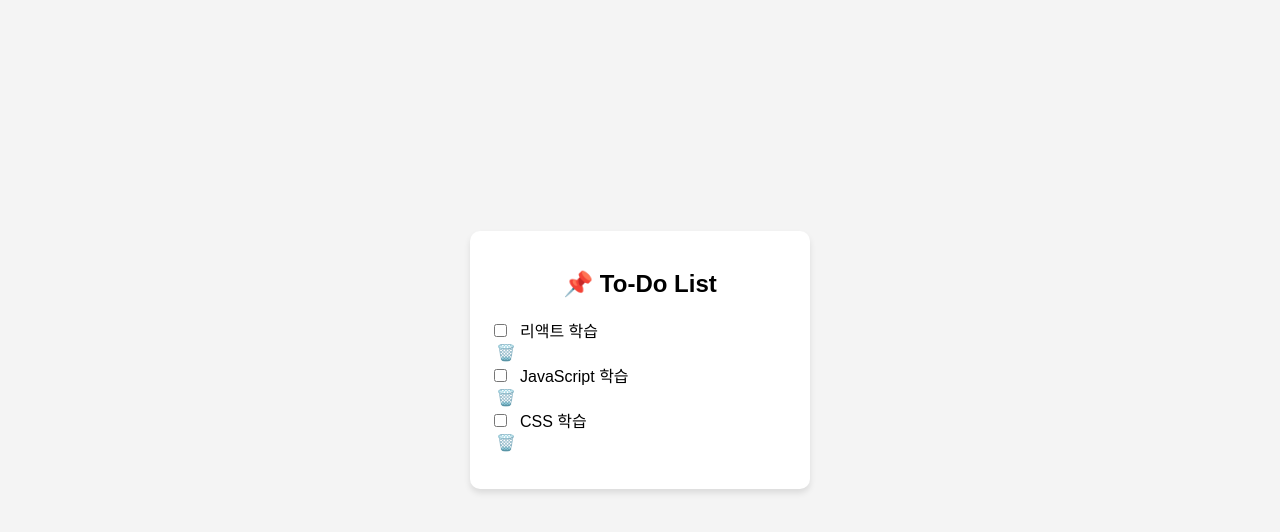
Repository: jongheonleee/todo-list
Page: /
An editor plug-in stored every save of this project. The page is shown before and after the next save, followed by the edit.
The browser window is 1280 px wide. The pictures show the whole page.
The project was rebuilt for these pictures with package versions that can differ from the ones it lists, and the page was loaded fresh each time. Also part of the build but not shown: src/components/InputForm.css, src/components/ToDoItem.css, src/components/ToDoItem.js, src/components/ToDoList.js.

Above is the page before, as saved 2025-02-18 15:13:57.

### src/App.js

import React from "react";
import "./App.css";
import InputForm from "./components/InputForm";
import ToDoList from "./components/ToDoList";


const App = () => {
  // 기본적으로 보여줄 리스트
  const items = [
    {
      id : 1,
      text : "리액트 학습",
      done : false
    },

    {
      id : 2,
      text : "JavaScript 학습",
      done : false
    },

    {
      id : 3,
      text : "CSS 학습",
      done : false
    }
  ];


  return (
    <div className="container">
      <div className="sub-container">
        <h2>📌 To-Do List</h2>

        {/* 입력 부분  */}
        {/* <div className="input-area">
          <input type="text" placeholder="할 일을 입력하세요" />
          <button className="add-btn">+</button>
        </div> */}

        <InputForm />

        {/* todo-list 부분 */}
        <ul className="todo-list">
          <li>
            <div className="todo-item">
              <input type="checkbox" />
              <span>리액트 학습</span>
            </div>
            <button className="delete-btn">🗑️</button>
          </li>
          <li>
            <div className="todo-item">
              <input type="checkbox" />
              <span>JavaScript 학습</span>
            </div>
            <button className="delete-btn">🗑️</button>
          </li>
          <li>
            <div className="todo-item">
              <input type="checkbox" />
              <span>CSS 학습</span>
            </div>
            <button className="delete-btn">🗑️</button>
          </li>
        </ul>
{/*
        <ToDoList /> */}

      </div>
    </div>
  );
}

export default App;

### src/App.css
/* styles.css */
.container {
  font-family: Arial, sans-serif;
  background-color: #f4f4f4;
  display: flex;
  justify-content: center;
  align-items: center;
  height: 100vh;
  margin: 0;
}

.sub-container {
  background: white;
  padding: 20px;
  border-radius: 10px;
  box-shadow: 0 4px 6px rgba(0, 0, 0, 0.1);
  width: 300px;
}

h2 {
  text-align: center;
  margin-bottom: 20px;
}

### src/components/InputForm.js
import React from "react";
import "./InputForm.css";

const InputForm = () => {
    <div className="input-area">
        <input type="text" placeholder="할 일을 입력하세요" />
        <button className="add-btn">+</button>
    </div>
}

export default InputForm;

### src/components/ToDoList.css
.todo-list {
    list-style: none;
    padding: 0;
    margin-top: 20px;
}

.todo-item li {
    display: flex;
    justify-content: space-between;
    align-items: center;
    padding: 10px;
    border-bottom: 1px solid #ddd;
}

.todo-item {
    display: flex;
    align-items: center;
    gap: 10px;
}

.delete-btn {
    background: none;
    border: none;
    color: red;
    cursor: pointer;
    font-size: 16px;
}

.delete-btn:hover {
    color: darkred;
}

Loaded but not shown: public/index.html (common file); src/index.js (common file); src/index.css (common file); src/reportWebVitals.js (common file)

After the next save:
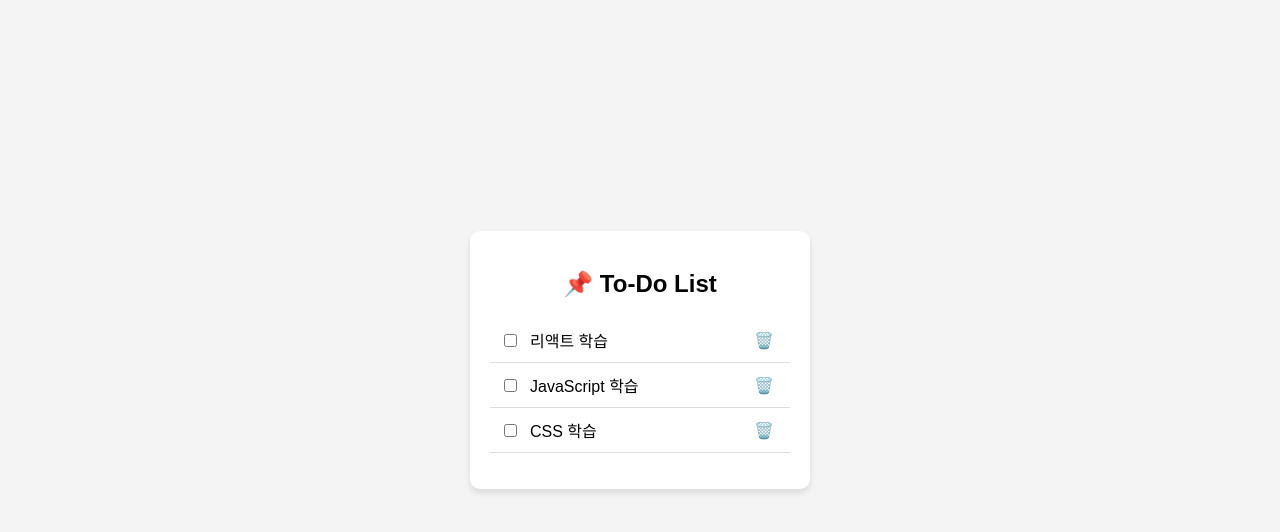
Saved 11 s later.
--- a/src/App.css
+++ b/src/App.css
@@ -21,3 +21,60 @@ h2 {
   text-align: center;
   margin-bottom: 20px;
 }
+
+.input-area {
+  display: flex;
+  gap: 10px;
+}
+
+input[type="text"] {
+  flex: 1;
+  padding: 8px;
+  border: 1px solid #ccc;
+  border-radius: 5px;
+}
+
+.add-btn {
+  background: #007bff;
+  color: white;
+  border: none;
+  padding: 8px 12px;
+  cursor: pointer;
+  border-radius: 5px;
+}
+
+.add-btn:hover {
+  background: #0056b3;
+}
+
+.todo-list {
+  list-style: none;
+  padding: 0;
+  margin-top: 20px;
+}
+
+.todo-list li {
+  display: flex;
+  justify-content: space-between;
+  align-items: center;
+  padding: 10px;
+  border-bottom: 1px solid #ddd;
+}
+
+.todo-item {
+  display: flex;
+  align-items: center;
+  gap: 10px;
+}
+
+.delete-btn {
+  background: none;
+  border: none;
+  color: red;
+  cursor: pointer;
+  font-size: 16px;
+}
+
+.delete-btn:hover {
+  color: darkred;
+}
